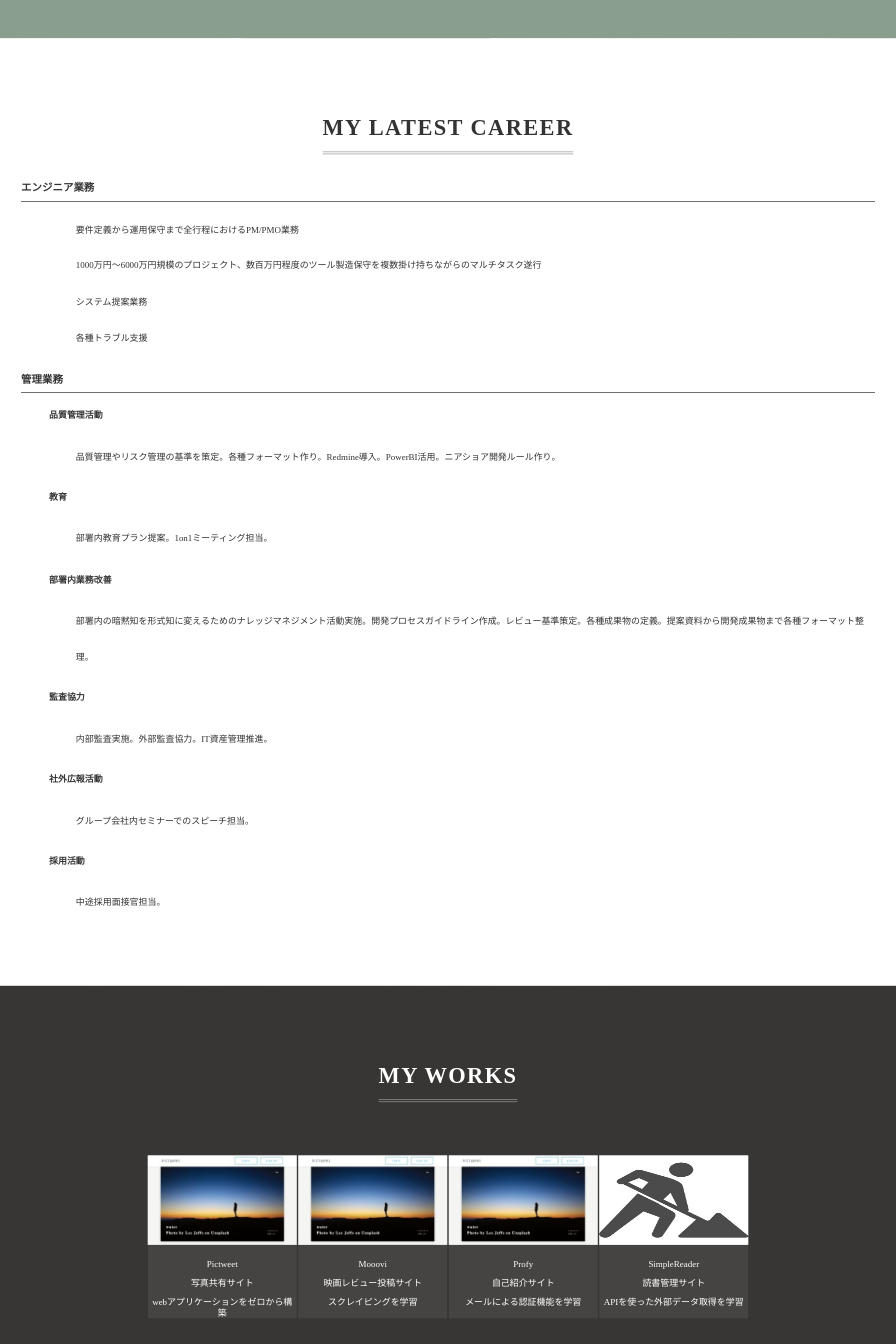
Repository: dackelteckel/myworks
Page: http://localhost/
The author's editor kept a record of every edit. The page is drawn from the files as they stood at one moment, then again after the next edit.
The browser window is 1280 px wide. The pictures show the part of the page from y = 1258 to 3178 px (the page is 3387 px tall before and 3243 px after), at 70% of full size.
Backgrounds fixed to the window are drawn as part of the page. The page is run by PHP 8.4 with error messages shown; the project is at /var/www/html/. Other server files are loaded and not shown.

Above is the page before.

### index.html
<!DOCTYPE html>
<html>

<head>
  <meta charset="UTF-8">
  <title>Who I am...</title>
  <link rel="stylesheet" href="normalize.css">
  <link rel="stylesheet" href="style.css">
  <link rel="stylesheet" href="responsive.css">

  <!--<script type="text/javascript" charset="UTF-8">-->
  <!--  $('#contact-form').submit(function(event){-->
      <!--//submit実行を止める-->
  <!--    event.preventDefault();-->
  <!--    var $form = $(this);-->
  <!--    var $button = $form.find('.send-btn');-->
  <!--    $.ajax({-->
  <!--      url:$form.attr('action'),-->
  <!--      type:$form.attr('method'),-->
  <!--      data: $form.serialize(),-->
        <!--//10秒でタイムアウト-->
  <!--      timeout:10000,-->
        <!--//重複送信を避けるためにボタンを無効化-->
  <!--      beforeSend: function(xhr, settings) {-->
  <!--          $button.attr('disabled', true);-->
  <!--      },-->
        <!--//完了後ボタンを押せるように-->
  <!--      complete: function(xhr, textStatus) {-->
  <!--          $button.attr('disabled', false);-->
  <!--      }-->
  <!--    }).done(function(data, textStatus, jqXHR){-->
        <!--// 成功時の処理-->
        <!--//フォームを初期化-->
  <!--      $form[0].reset();-->
  <!--      $(".contact-result").text(data);-->
  <!--      $(".contact-result").slideToggle(200);-->
  <!--      $(".contact-result").delay(3000).slideToggle(200);-->
  <!--    }).fail(function(jqXHR, textStatus, errorThrown){-->
        <!--失敗時の処理-->
  <!--      $(".contact-result").text("エラーが発生しました。ステータス：" + jqXHR.status);-->
  <!--      $(".contact-result").slideToggle(200);-->
  <!--      $(".contact-result").delay(3000).slideToggle(200);-->
  <!--    });-->
  <!--  });-->
  <!--</script>-->
</head>

<body>
  <header class="header">
    <p class="site-title-sub">----- my portfolio -----</p>
    <h1 class="site-title">Who I am...</h1>
    <p class="site-description">check out my career and some of my works.</p>
    <div class="buttons">
      <a class="button" href="#reasons">WHAT I'M LOOKING FOR</a>
      <a class="button" href="#career">LATEST CAREER</a>
      <a class="button" href="#works">MY WORKS</a>
      <!--<a class="button button-orange" href="#contact">SEND MESSAGE</a>-->
      <a class="button button-orange" href="mailto:nrkktok@gmail.com">Drop Me a LINE</a>
    </div>
  </header>

  <section class="reasons" id="reasons">
    <h2 class="heading">3 REASONS WHY I'M LOOKING FOR A NEW JOB</h2>
    <dev class="reasons-text">
      <h3>職場環境</h3>
      <ul>
        <li>同僚同士お互いを尊重し、協力しあうことができる健やかな組織で働きたいと考えています。</li>
      </ul>
      <h3>エンジニアとしての価値</h3>
      <ul>
        <li>
          長年PM業務に携わってきており、チームメンバーが成果を出すためのサポートをするPM業務にはやりがいを感じています。
        </li>
        <li>
          現職では金融機関で使われる小中規模システム開発を行っていますが、業務知識不要・レガシー技術メインのツール開発が殆どであることから、
          エンジニアとしてのキャリアを上げられない怖さを感じています。
        </li>
        <li>
          この物足りなさを少しでも打ち消し、少しでもIT業務で価値ある存在でありたいという気持ちから、
          2019年12月よりWebアプリケーション作りを行うプログラミングスクールに通い始めました。
        </li>
        <li>
          成果物を<a href="#works">MY WORKS</a>で公開していますので、よろしければ御覧ください。
        </li>
        <li class="note">
          プログラマーとして転職することを考えている訳ではありませんが、PM/PLであっても現在に通用する技術・PG知識は必要だと考えています。
        </li>
      </ul>
      <h3>ライフワークバランス</h3>
      <ul>
        <li>良い仕事、社会貢献をして幸せな生活を送るため、「勉強する時間」「運動する体力」「健康的な食事」を大事にすることができる環境に身を置きたいと考えています。</li>
      </ul>
    </dev>
  </section>

  <section class="career" id="career">
    <h2 class="heading">MY LATEST CAREER</h2>
    <dev class="career-text">
      <h3>エンジニア業務</h3>
      <ul>
        <li>要件定義から運用保守まで全行程におけるPM/PMO業務</li>
        <li>1000万円〜6000万円規模のプロジェクト、数百万円程度のツール製造保守を複数掛け持ちながらのマルチタスク遂行</li>
        <Li>システム提案業務</Li>
        <Li>各種トラブル支援</Li>
      </ul>
      <h3>管理業務</h3>
      <ul>
        <h4>品質管理活動</h4>
        <li>品質管理やリスク管理の基準を策定。各種フォーマット作り。Redmine導入。PowerBI活用。ニアショア開発ルール作り。</li>
        <h4>教育</h4>
        <li>部署内教育プラン提案。1on1ミーティング担当。</li>
        <h4>部署内業務改善</h4>
        <li>部署内の暗黙知を形式知に変えるためのナレッジマネジメント活動実施。開発プロセスガイドライン作成。レビュー基準策定。各種成果物の定義。提案資料から開発成果物まで各種フォーマット整理。</li>
        <h4>監査協力</h4>
        <li>内部監査実施。外部監査協力。IT資産管理推進。</li>
        <h4>社外広報活動</h4>
        <li>グループ会社内セミナーでのスピーチ担当。</li>
        <h4>採用活動</h4>
        <li>中途採用面接官担当。</li>
      </ul>
    </dev>
  </section>

  <section class="works" id="works">
    <h2 class="heading">MY WORKS</h2>
    <div class="works-wrapper">
      <div class="work-box">
        <a href="https://dackelteckelpictweet.herokuapp.com/"><img class="work-image" src="images/pictweet.jpg"></a>
        <div class="work-description">
          <p>Pictweet<p>
          <p>写真共有サイト</p>
          <p>webアプリケーションをゼロから構築</p>
        </div>
      </div>

      <div class="work-box">
        <a href="https://dackelteckelmooovi.herokuapp.com/"><img class="work-image" src="images/pictweet.jpg"></a>
        <div class="work-description">
          <p>Mooovi<p>
          <p>映画レビュー投稿サイト</p>
          <p>スクレイピングを学習</p>
        </div>
      </div>

      <div class="work-box">
        <a href="https://dackelteckelprofy.herokuapp.com/"><img class="work-image" src="images/pictweet.jpg"></a>
        <div class="work-description">
          <p>Profy<p>
          <p>自己紹介サイト</p>
          <p>メールによる認証機能を学習</p>
        </div>
      </div>
      <div class="work-box">
        <img class="work-image" src="images/wip.jpg" height="128">
        <div class="work-description">
          <p>SimpleReader<p>
          <p>読書管理サイト</p>
          <p>APIを使った外部データ取得を学習</p>
        </div>
      </div>
    </div>
  </section>

  <!--<section class="contact" id="contact">-->
    <!--<h2 class="heading">DROP ME A LINE</h2>-->
    <!--<form class="contact-form" id="contact-form" action="contact.php" method="post">-->
    <!--  <input type="text" name="name" placeholder="NAME" required>-->
    <!--  <input type="email" name="email" placeholder="E-MAIL ADDRESS" required>-->
    <!--  <textarea name="message" placeholder="MESSAGE"></textarea>-->
    <!--  <textarea type="text" name="message" placeholder="MESSAGE" required></textarea>-->
    <!--  <input type="submit" value="SEND" class="send-btn" id="submit">-->
    <!--  <input type="submit" value="SEND" class="send-btn" id="submit">-->
    <!--</form>-->
  <!--</section>-->
</body>
</html>

### style.css
* {
  box-sizing: border-box;
  list-style: none;
}

body {
  color: #fff;
  text-align: center;
  font-size: 0.8rem;
  background: url('images/bg.jpg') fixed;
  background-size: cover;
}

.header {
  padding: 170px 30px 80px;
  /*height: 100vh;*/
  background-color: rgba(0, 0, 128, 0.8);
}

.site-title-sub {
  margin: 0 0 30px;
  color: #888;
  letter-spacing: 1px;
  font-size: 1.2rem;
}

.site-title {
  margin: 50px;
  font-size: 3.5rem;
}

.site-description {
  margin-bottom: 50px;
  color: #888;
  font-size: 1.2rem;
}

.buttons {
  display: flex;
  justify-content: center;
  margin: 0 auto;
}

.button {
  width: 200px;
  padding: 20px;
  margin: 10px;
  border-radius: 4px;
  background-color: #afa58d;
  color: #fff;
  text-decoration: none;
  letter-spacing: 1px;
  font-size: 0.7rem;
}

.button:hover {
  opacity: 0.9;
}

.button-orange {
  background-color: #f1b400;
}

.heading {
  display: inline-block;
  margin: 30px 0 15px;
  padding-bottom: 15px;
  letter-spacing: 2px;
  font-size: 2rem;
  border-bottom: double 4px #999;
}

.reasons {
  /*height: 100vh;*/
  /*background-color: #383634;*/
  background-color: rgb(137, 158, 142);
  padding: 80px 30px;
  /*color: #333;  */
}

.reasons-text {
  text-align: left;
  width: 600px;
  margin: 30px auto;
  line-height: 2.5;
}

.reason-text h3 {
  padding-top: 20px;
}

.note:before {
  content: "*";
}

.career {
  /*height: 100vh;*/
  background-color: #ffffff;
  padding: 80px 30px;
  color: #333;
}

.career-text {
  text-align: left;
  width: 600px;
  margin: 30px auto;
  line-height: 2.5;
}

.career-text h3 {
  border-bottom: 1px solid #333;
}

.career-text li {
  padding-left: 3em;
  line-height: 4;
  vertical-align: top;
}

.works {
  height: 100vh;
  background-color: #383634;
  padding: 80px 0 10px;
}

.works-wrapper {
  display: table;
  width: 860px;
  margin: 60px auto 0;
  table-layout: fixed;
}

.work-box {
  display: table-cell;
  background-color: rgba(100, 100, 100, 0.3);
  border: 1px solid #333;
}

.work-image {
  display: block;
  width: 100%;
}

.work-description {
  margin: 20px 0;
  height: 65px;
}

.work-description .button {
  width: 60%;
  margin-top: 20px;
  padding: 3px;
  display: inline-block;
}

.button-ghost {
  border: 2px solid #fff;
  background-color: rgba(255, 255, 255, 0.15);
}

.contact {
  height: 100vh;
  background-color: rgba(0, 0, 128, 0.8);
  padding: 80px 0 150px;
}


.contact-form {
  width: 50%;
  margin: 50px auto 0;
}

.contact-form input[type=text], .contact-form input[type=email], .contact-form textarea {
  display: block;
  width: 100%;
  margin-bottom: 10px;
  padding: 15px;
  outline: none;
  border: 1px solid rgba(255, 255, 255, 0.8);
  border-radius: 0;
  color: #333;
}

.contact-form textarea {
  height: 150px;
}

.contact-form input[type=submit] {
  display: block;
  width: 200px;
  margin: 40px auto 0;
  padding: 15px;
  border: 1px solid rgba(255, 255, 255, 0.8);
  border-radius: 5px;
  background-color: transparent;
  color: #fff;
  cursor: pointer;
}

.contact-form input[type=submit]:hover {
  background-color: rgba(255, 255, 255, 0.05);
}

Loaded but not shown: normalize.css (library); responsive.css (no copy from this time; the picture is the same without it)

After the next edit:
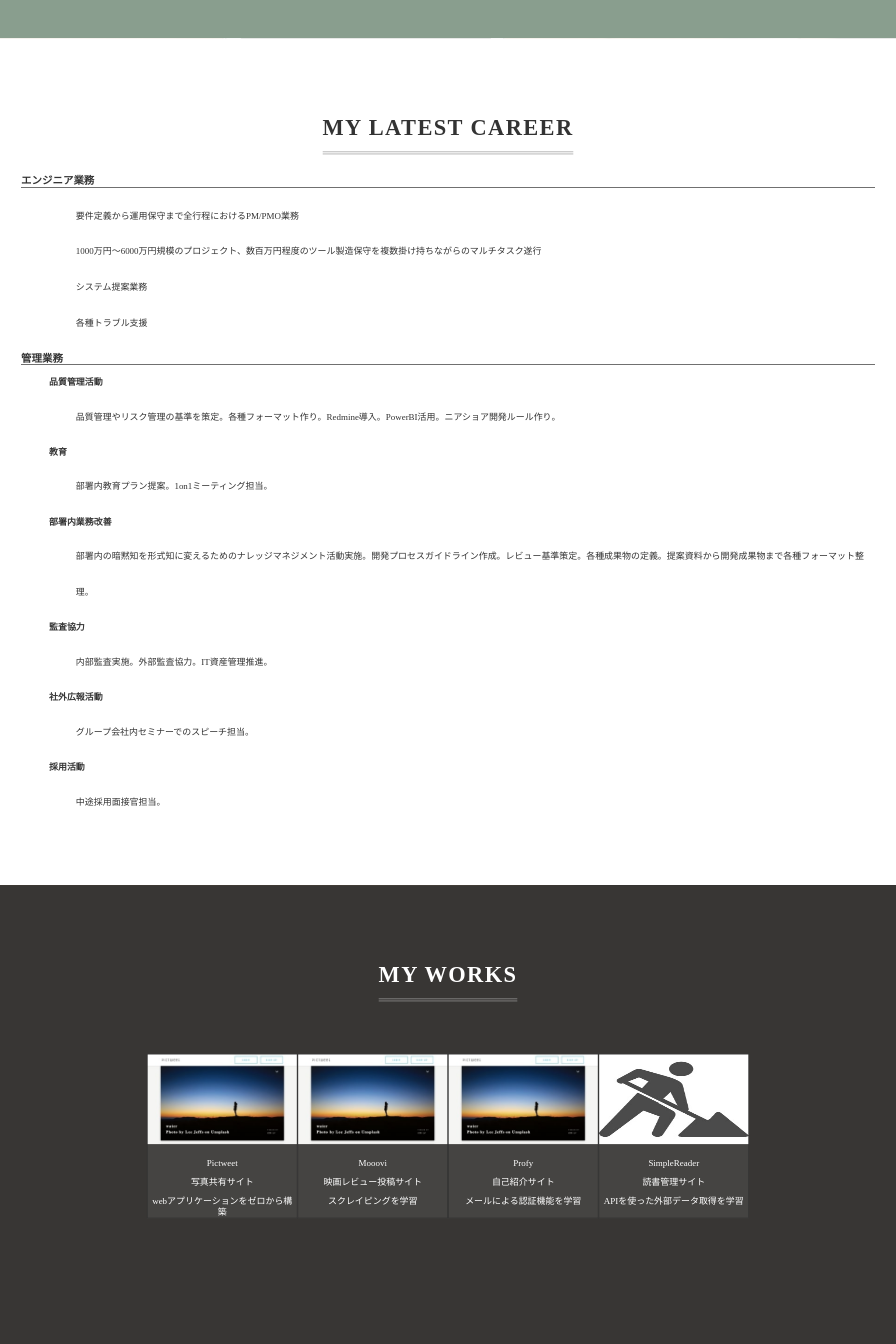
The edit:
--- a/style.css
+++ b/style.css
@@ -104,7 +104,6 @@
   text-align: left;
   width: 600px;
   margin: 30px auto;
-  line-height: 2.5;
 }
 
 .career-text h3 {
